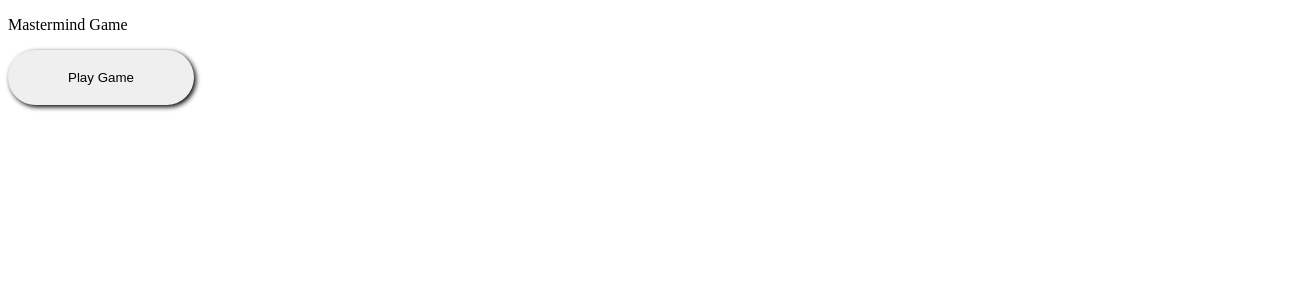
Repository: programmer686/Mastermind-with-Next.js
Page: /
An editor plug-in stored every save of this project. The page is shown before and after the next save, followed by the edit.
The browser window is 1280 px wide. The page is 1288 px wide, then 1290 px, so the pictures cover 1290 px, including what lies to the right of the window. The pictures show the whole page.
The project was rebuilt for these pictures with package versions that can differ from the ones it lists, and the page was loaded fresh each time. The framework's server and built-in components were replaced by stand-ins that run in the browser. Also part of the build but not shown: next.config.js, src/styles/globals.css.

Above is the page before, as saved 2023-07-15 18:45:45.

After the next save:
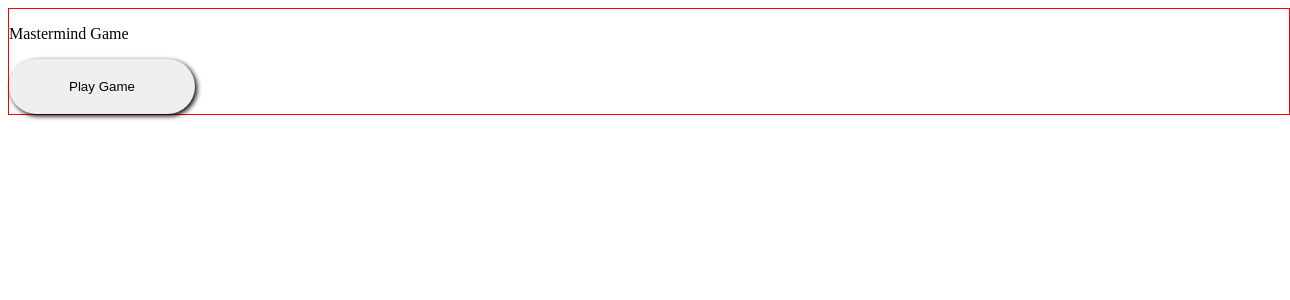
Saved 12 s later.
--- a/src/styles/Home.module.css
+++ b/src/styles/Home.module.css
@@ -1,3 +1,4 @@
 .index__body {
   width: 100vw;
+  border: 1px solid red;
 }
